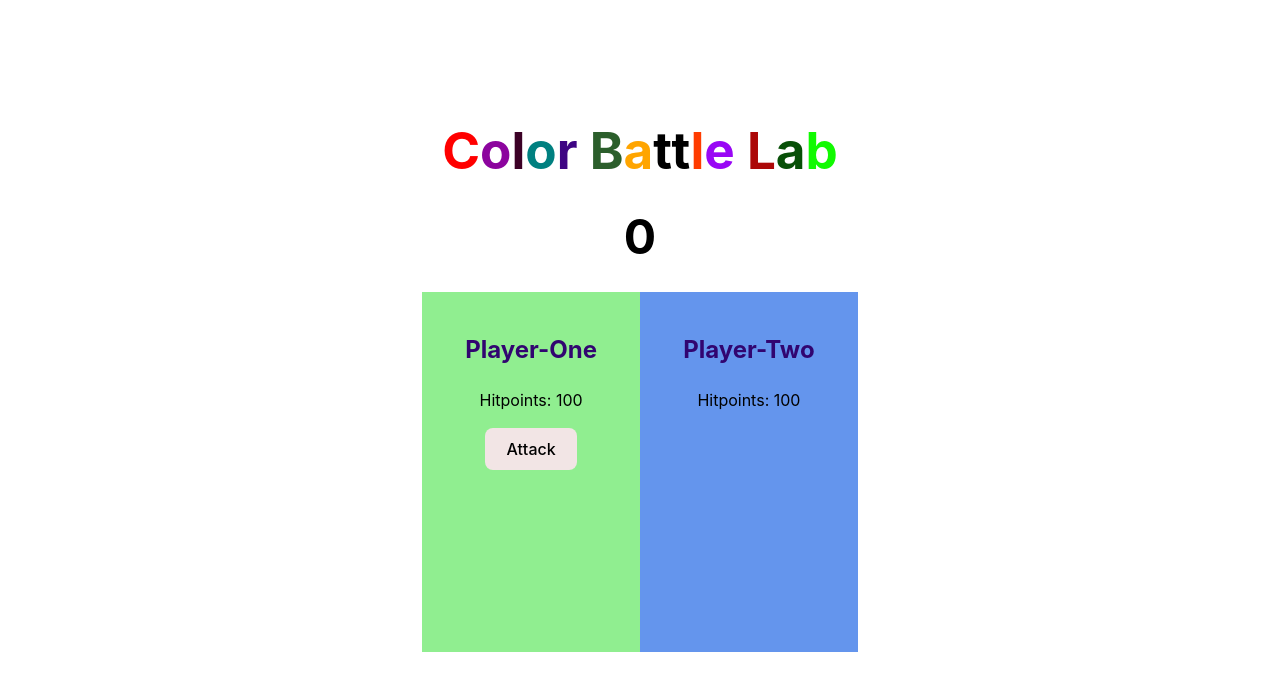
Repository: RAWdevX21/color-battle_lab-build
Page: /
The author's editor kept a copy of each file at every save. The page is drawn from the files as they stood at one save, then again after the next save.
The browser window is 1280 px wide. The pictures show the whole page.
The project was rebuilt for these pictures with package versions that can differ from the ones it lists, and the page was loaded fresh each time. Also part of the build but not shown: vite.config.js.

Above is the page before, as saved 2023-08-17 05:35:30.

### index.html
<!doctype html>
<html lang="en">
  <head>
    <meta charset="UTF-8" />
    <link rel="icon" type="image/svg+xml" href="/vite.svg" />
    <meta name="viewport" content="width=device-width, initial-scale=1.0" />
    <title>Color Battle</title>
  </head>
  <body>
    <div id="root"></div>
    <script type="module" src="/src/main.jsx"></script>
  </body>
</html>

### src/App.jsx
import { useState } from "react";
import GameBanner from "./Components/GameBanner";
import Player from "./Components/PlayerInfo";
import "./App.css";

export default function App() {

  const [player1, setPlayer1] = useState({
    name: "Player-One",
    color: "lightgreen",
    hitpoints: 100,
    turn: true
  });

  const [player2, setPlayer2] = useState({
    name: "Player-Two",
    color: "cornflowerblue",
    hitpoints: 100,
    turn: false
  });

  const [dice, setDice] = useState(0);

  const handleAttack = (attacker, defender, setAttacker, setDefender) => {
    const damage = Math.floor(Math.random() * 6) + 1;
    setDice(damage);

    const updatedDefender = {
      ...defender,
      hitpoints: defender.hitpoints - damage
    };
    const updatedAttacker = { ...attacker, turn: false };

    setDefender(updatedDefender);
    setAttacker(updatedAttacker);

    // Switch turns
    if (attacker === player1) {
      setPlayer2({ ...player2, turn: true });
    } else {
      setPlayer1({ ...player1, turn: true });
    }


    if (updatedDefender.hitpoints <= 0) {
      alert(`${attacker.name} wins!`);
    }
  };

  return (
    <div className="game-board">
      <GameBanner damagePoints={dice} />

      <div className="players-container">
        <div className="player-wrapper">
          <Player
            player={player1}
            onAttack={() =>
              handleAttack(player1, player2, setPlayer1, setPlayer2)
            }
          />
        </div>
        <div className="player-wrapper">
          <Player
            player={player2}
            onAttack={() =>
              handleAttack(player2, player1, setPlayer2, setPlayer1)
            }
          />
        </div>
      </div>
    </div>
  );
}

### src/index.css
:root {
  font-family: Inter, system-ui, Avenir, Helvetica, Arial, sans-serif;
  line-height: 1.5;
  font-weight: 400;

  color-scheme: light dark;
  background-color: #242424;

}

body {
  margin: 0;
  display: flex;
  place-items: center;
  min-width: 320px;
  min-height: 100vh;
}

h1 {
  font-size: 3.2em;
  line-height: 1.1;
}

button {
  border-radius: 8px;
  border: 1px solid transparent;
  padding: 0.6em 1.2em;
  font-size: 1em;
  font-weight: 500;
  font-family: inherit;
  background-color: #1a1a1a;
  cursor: pointer;
  transition: border-color 0.25s;
}
button:hover {
  border-color: #646cff;
}
button:focus,
button:focus-visible {
  outline: 4px auto -webkit-focus-ring-color;
}

@media (prefers-color-scheme: light) {
  :root {
    background-color: #ffffff;
  }

  button {
    background-color: #ffffff;
  }
}

### src/Components/GameBanner.jsx
import './GameBanner.css';
import Die from "./Die";

const GameBanner = ({ damagePoints }) => {
    return (
      <div className="banner">
        <h1>
          <span className="banner--c">C</span>
          <span className="banner--o">o</span>
          <span className="banner--l">l</span>
          <span className="banner--o2">o</span>
          <span className="banner--r">r</span>
          &nbsp;
          <span className="banner--b">B</span>
          <span className="banner--a">a</span>
          <span className="banner--t">t</span>
          <span className="banner--t">t</span>
          <span className="banner--l2">l</span>
          <span className="banner--e">e</span>
          &nbsp;
          <span className="banner--l3">L</span>
          <span className="banner--a2">a</span>
          <span className="banner--b2">b</span>
        </h1>
        <div className="damage-points">
          <Die value={damagePoints} />
        </div>
      </div>
    );
}

export default GameBanner;

### src/Components/PlayerInfo.jsx
import "./PlayerInfo.css";

const Player = ({ player, onAttack }) => {
  return (
    <div className="player" style={{ backgroundColor: player.color }}>
      <h2>{player.name}</h2>
      <p>Hitpoints: {player.hitpoints}</p>
      {player.turn && (
        <button className="attack-button" onClick={onAttack}>
          Attack
        </button>
      )}
    </div>
  );
};

export default Player;

### src/App.css
#root {
  margin: 0 auto;
  padding: 2rem;
  text-align: center;
}

h2 {
  color: rgb(49, 5, 112);
}

/* .game-board { */
  /* padding: 0px 30px; */
/* } */

.players-container {
  display: flex;
  align-items: stretch;
}

.player-wrapper {
  flex: 1;
  height: 50vh !important;
  min-height: 50vh !important;
  box-sizing: border-box;
  overflow: hidden !important;
}

### src/Components/GameBanner.css
.banner {
    text-align: center;
    padding: 20px;
    background-color: #ffffff;
    color: black;
}

.damage-points {
    margin-top: 10px;
    font-size: 6rem;
}

.banner h1 span.banner--c { color: red; }
.banner h1 span.banner--o { color: rgb(140, 4, 158); }
.banner h1 span.banner--l { color: rgb(60, 1, 38); }
.banner h1 span.banner--o2 { color: teal; }
.banner h1 span.banner--r { color: rgb(62, 5, 131); }
.banner h1 span.banner--b { color: rgb(43, 94, 43); }
.banner h1 span.banner--a { color: orange; }
.banner h1 span.banner--t { color: black; }
.banner h1 span.banner--l2 { color: rgb(255, 60, 0); }
.banner h1 span.banner--e { color: rgb(153, 7, 245); }
.banner h1 span.banner--l3 { color: rgb(172, 8, 8); }
.banner h1 span.banner--a2 { color: rgb(8, 80, 8); }
.banner h1 span.banner--b2 { color: rgb(17, 250, 1); }

### src/Components/Die.jsx
import "./Die.css";

const Die = ({ value }) => {
  return <div className="die-container">{value}</div>;
};

export default Die;

### src/Components/PlayerInfo.css
div.player {
    height: 30rem;
    overflow: hidden;
}

.player {
    padding: 20px;
    box-sizing: border-box;
    background-color: #f5f5f5;
}

.attack-button {
    padding: 10px 20px;
    background-color: rgb(242, 229, 229);
    color: black;
    cursor: pointer;
}

### src/Components/Die.css
.die {
    text-align: center;
    font-size: 20px;
    margin-top: 20px;
}

.die-container {
    width: 50px;
    height: 50px;
    /* border: 2px solid black; */
    /* border-radius: 8px; */
    display: flex;
    align-items: center;
    justify-content: center;
    font-size: 3rem;
    font-weight: bold;
    margin: 10px auto;
}

Loaded but not shown: src/main.jsx (common file)

After the next save:
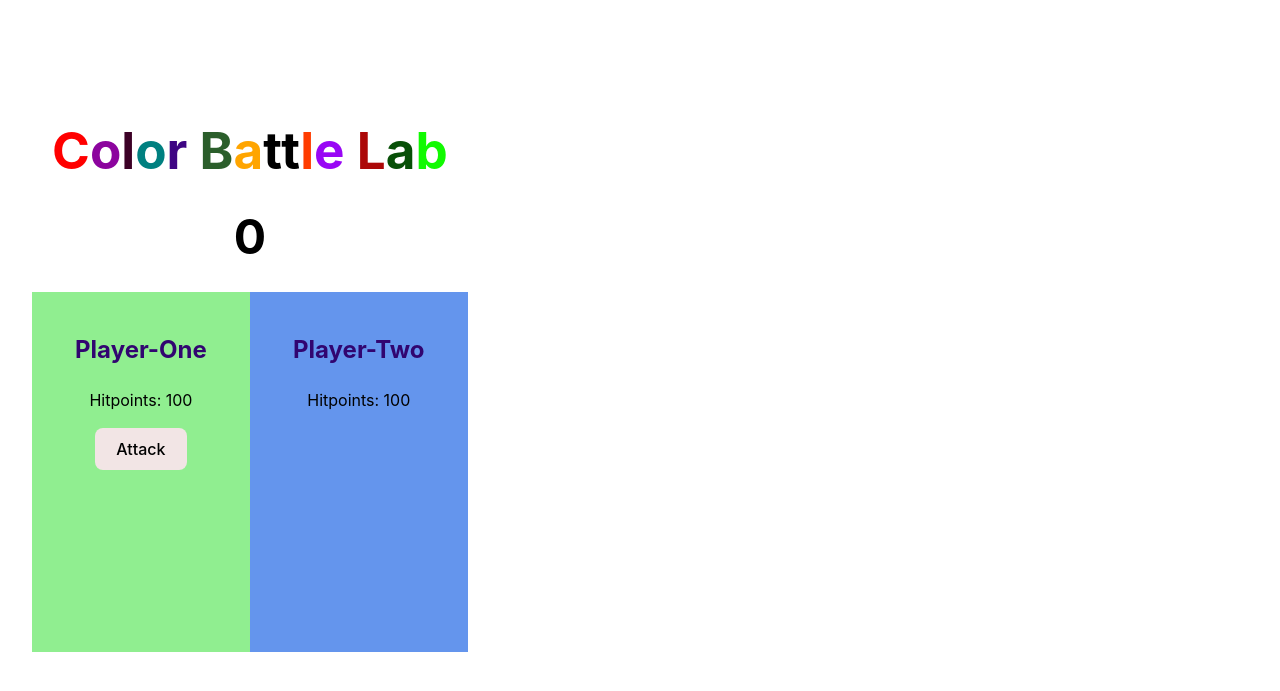
Saved 3 min 4 s later.
--- a/src/App.css
+++ b/src/App.css
@@ -1,5 +1,5 @@
 #root {
-  margin: 0 auto;
+  /* margin: 0 auto; */
   padding: 2rem;
   text-align: center;
 }
@@ -7,10 +7,6 @@
 h2 {
   color: rgb(49, 5, 112);
 }
-
-/* .game-board { */
-  /* padding: 0px 30px; */
-/* } */
 
 .players-container {
   display: flex;

After the save that followed:
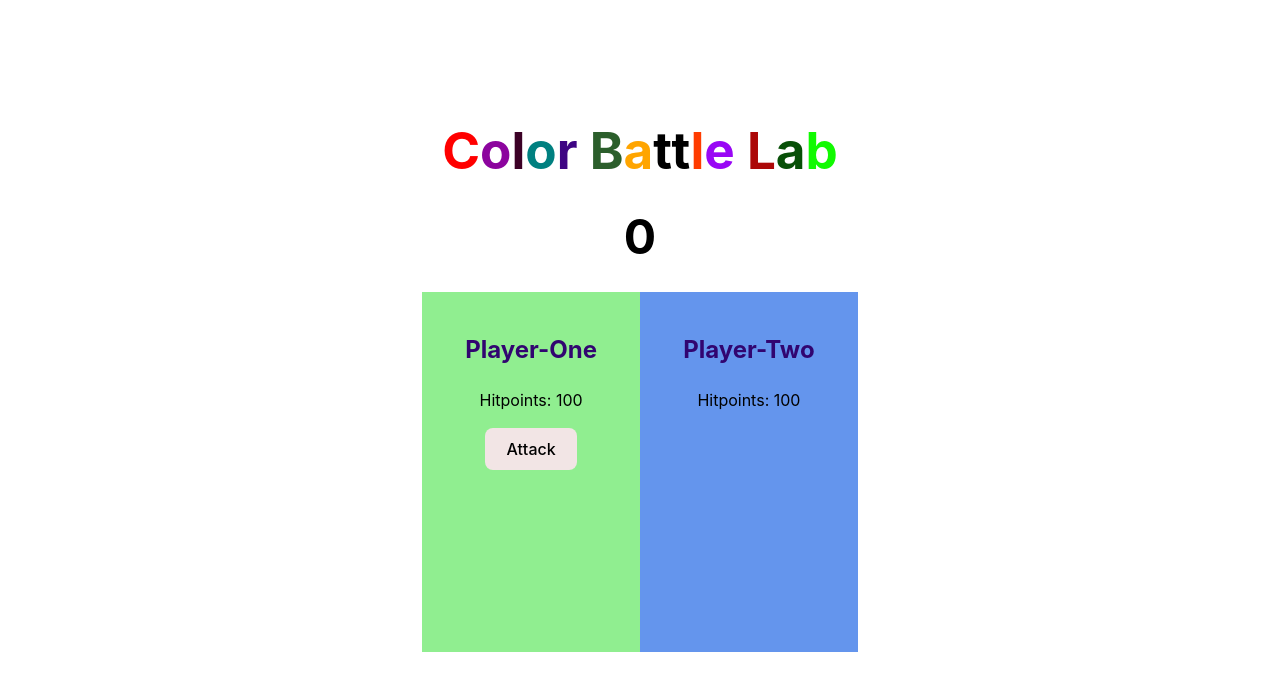
Saved 16 s later.
--- a/src/App.css
+++ b/src/App.css
@@ -1,5 +1,5 @@
 #root {
-  /* margin: 0 auto; */
+  margin: 0 auto;
   padding: 2rem;
   text-align: center;
 }
